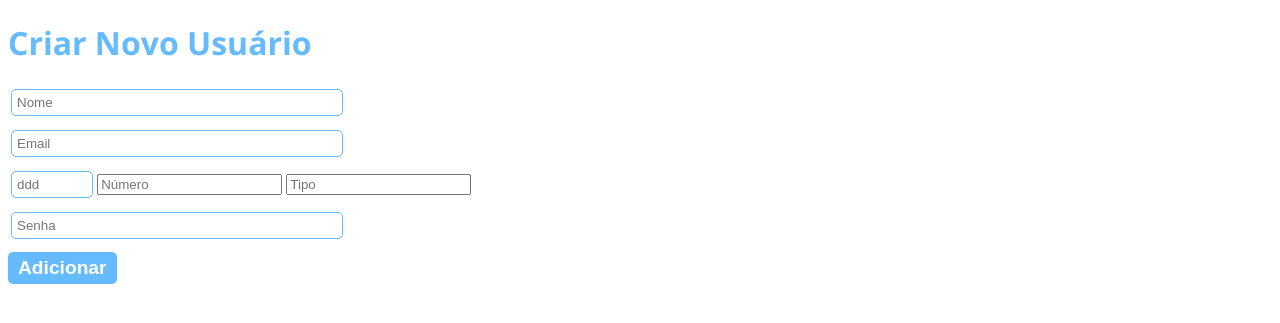
Repository: AbnerRS/DesafioSefaz
Page: DesafioSefaz/src/main/webapp/novo.html
An editor plug-in stored every save of this project. The page is shown before and after the next save, followed by the edit.
The browser window is 1280 px wide. The pictures show the whole page.

Above is the page before, as saved 2021-07-31 14:53:25.

### DesafioSefaz/src/main/webapp/novo.html
<!DOCTYPE html>
<html lang="pt-br">
<head>
<meta charset="utf-8">
<title>Cadastro</title>
<link rel="icon" href="imagens/favicon.png">
<link rel="stylesheet" href="style.css">
</head>
<body>
	<h1>Criar Novo Usuário</h1>
	<form name="frmUsuario" action="insert">
		<table>
			<tr>
				<td><input type="text" name="nome" placeholder="Nome" class="Caixa1"></td>
			</tr>
			<tr>
				<td><input type="text" name="email" placeholder="Email" class="Caixa1"></td>
			</tr>
			<tr>
				<td><input type="tel" name="telefoneDddd" placeholder="ddd" class="Caixaddd">
				<input type="tel" name="telefoneNumero" placeholder="Número" class="Caixa2">
				<input type="tel" name="telefoneTipo" placeholder="Tipo" class="Caixa2">
				</td>
			</tr>
			<tr>
				<td><input type="password" name="senha" placeholder="Senha" class="Caixa1"></td>
			</tr>
		</table>
		<input type="button" value="Adicionar" class="Botao" onclick="validar()">
	</form>

	<script src="scripts/validador.js"></script>
</body>
</html>

### DesafioSefaz/src/main/webapp/style.css
@charset "utf-8";

@import
	url('https://fonts.googleapis.com/css2?family=Open+Sans:wght@400;700&display=swap')
	;

body {
	font-family: 'Open Sans', sans-serif;
	font-size: 1em;
	font-weight: 400;
}

h1 {
	color: #66bbff;
}

.Botao {
	text-decoration: none;
	background-color: #66bbff;
	padding: 5px 10px 5px 10px;
	color: #fff;
	font-size: 1.2em;
	font-weight: 700;
	border-radius: 5px;
	border: 0;
	cursor: pointer;
}

.Botao2 {
	text-decoration: none;
	background-color: #d51213;
	padding: 5px 10px 5px 10px;
	color: #fff;
	font-size: 1.2em;
	font-weight: 700;
	border-radius: 5px;
}

.Caixa1 {
	width: 320px;
	padding: 5px;
	margin-bottom: 10px;
	border: 1px solid #66bbff;
	border-radius: 5px;
}

.Caixaddd {
	padding: 5px;
	width: 70px;
	margin-bottom: 10px;
	border: 1px solid #66bbff;
	border-radius: 5px;
	padding: 5px;
}

#caixa3 {
	padding: 5px;
	margin-bottom: 10px;
	border: 1px solid #ff0000;
}

#tabela {
	margin-bottom: 30px;
	border-collapse: collapse;
}

#tabela th {
	border: 1px solid #ddd;
	padding: 10px;
	text-align: left;
	background-color: #66bbff;
	color: #fff;
}

#tabela td {
	border: 1px solid #ddd;
	padding: 10px;
}

### DesafioSefaz/src/main/webapp/scripts/validador.js
/**
 * Validação de Formulário
 */

function validar() {
	let nome = frmUsuario.nome.value
	let email = frmUsuario.email.value
	let telefone = frmUsuario.telefone.value
	let senha = frmUsuario.senha.value

	if (nome === "") {
		alert('Preencha o campo Nome')
		frmUsuario.nome.focus()
		return false
	} else if (email === "") {
		alert('Preencha o campo E-mail')
		frmUsuario.email.focus()
		return false
	} else if (telefone === "") {
		alert('Preencha o campo Telefone')
		frmUsuario.telefone.focus()
		return false
	} else if (senha === "") {
		alert('Preencha o campo Senha')
		frmUsuario.senha.focus()
		return false
	}else{
		document.forms["frmUsuario"].submit()
	}
}

After the next save:
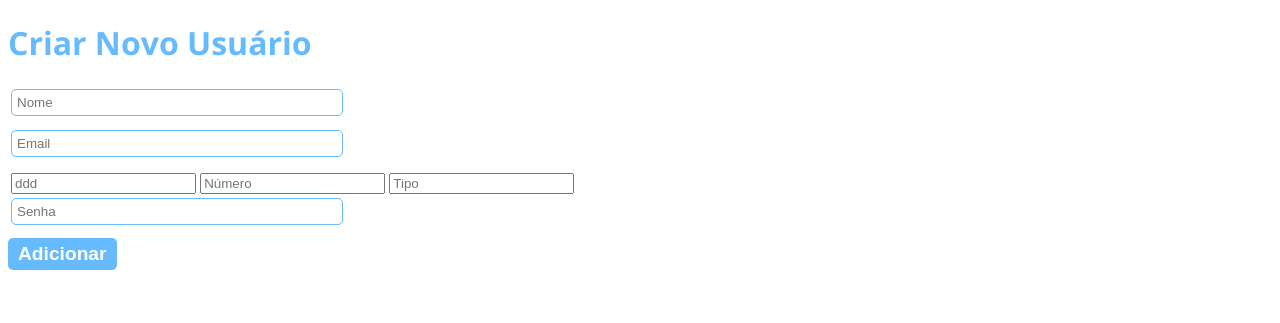
Saved 24 s later.
--- a/DesafioSefaz/src/main/webapp/novo.html
+++ b/DesafioSefaz/src/main/webapp/novo.html
@@ -17,9 +17,9 @@
 				<td><input type="text" name="email" placeholder="Email" class="Caixa1"></td>
 			</tr>
 			<tr>
-				<td><input type="tel" name="telefoneDddd" placeholder="ddd" class="Caixaddd">
-				<input type="tel" name="telefoneNumero" placeholder="Número" class="Caixa2">
-				<input type="tel" name="telefoneTipo" placeholder="Tipo" class="Caixa2">
+				<td><input type="tel" name="telefoneDddd" placeholder="ddd" class="Caixa2">
+				<input type="tel" name="telefoneNumero" placeholder="Número" class="Caixa5">
+				<input type="tel" name="telefoneTipo" placeholder="Tipo" class="Caixa5">
 				</td>
 			</tr>
 			<tr>
